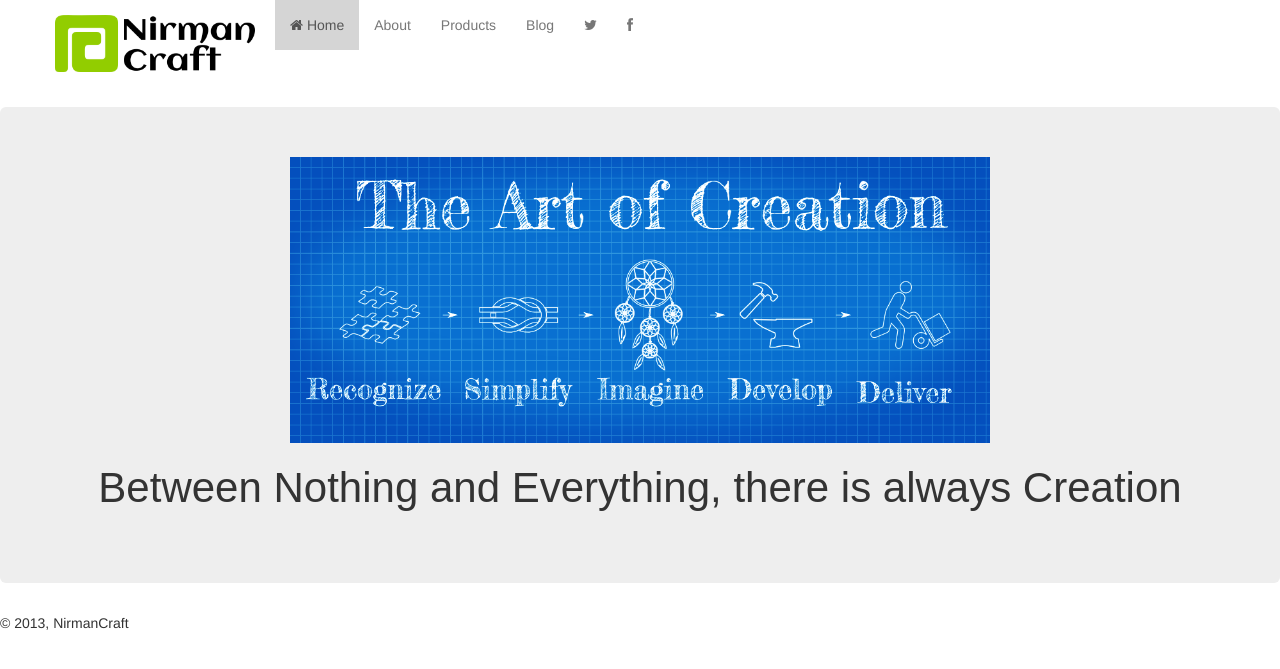
Repository: MeShreyas/NirmanCraftWebsite
Page: NirmanCraft/index.html
An editor plug-in stored every save of this project. The page is shown before and after the next save, followed by the edit.
The browser window is 1280 px wide. The pictures show the whole page.
Some web fonts or font styles are not loaded; a fallback is used.

Above is the page before, as saved 2013-10-07 12:10:17.
Console error: ReferenceError: jQuery is not defined

After the next save:
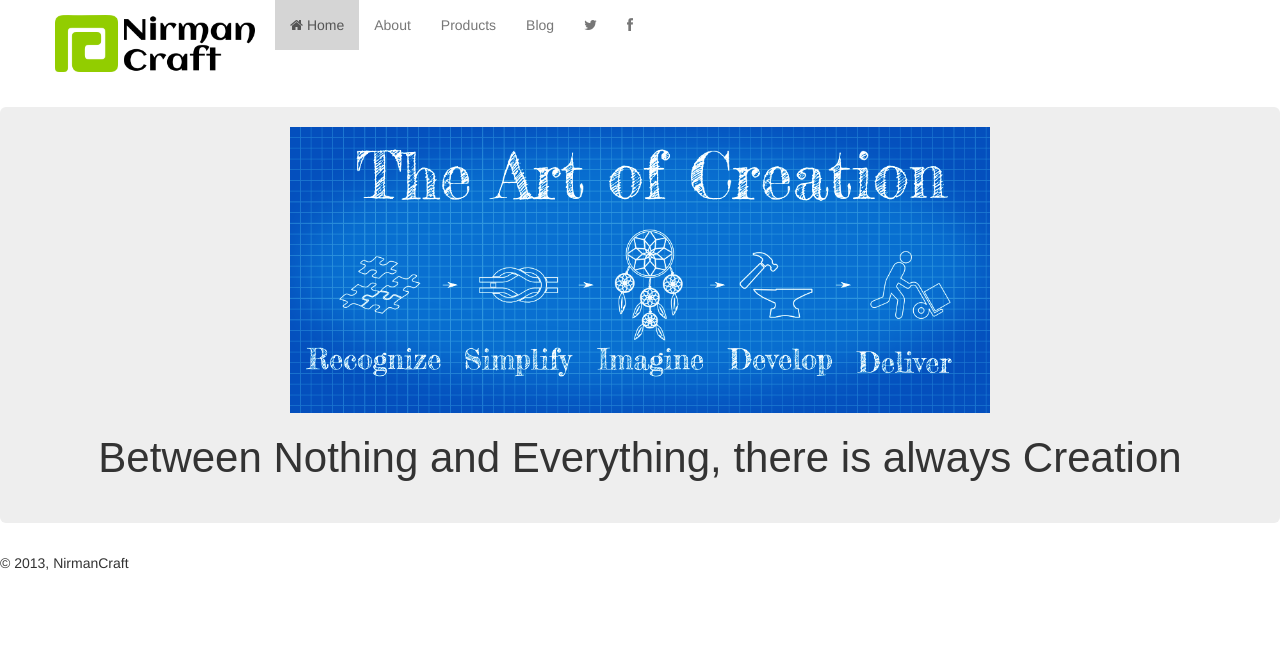
Saved 30 s later.
--- a/NirmanCraft/index.html
+++ b/NirmanCraft/index.html
@@ -57,17 +57,16 @@
 					font-size: 2em;
 				}
 			</style>
-			<div class="jumbotron">
-			<div class="container title-text">
-				<center>
+			<div class="jumbotron" style="padding:20px 0px;">
+				<div class="container title-text">
+					<center>
 
-				<img src="images/finalbanner.png" width="700px"/><br/>
-				Between Nothing and Everything, there is always Creation
-				</center>
+						<img src="images/finalbanner.png" width="700px"/>
+						<br/>
+						Between Nothing and Everything, there is always Creation
+					</center>
+				</div>
 			</div>
-			</div>
-
-
 
 			<footer>
 				<p>
